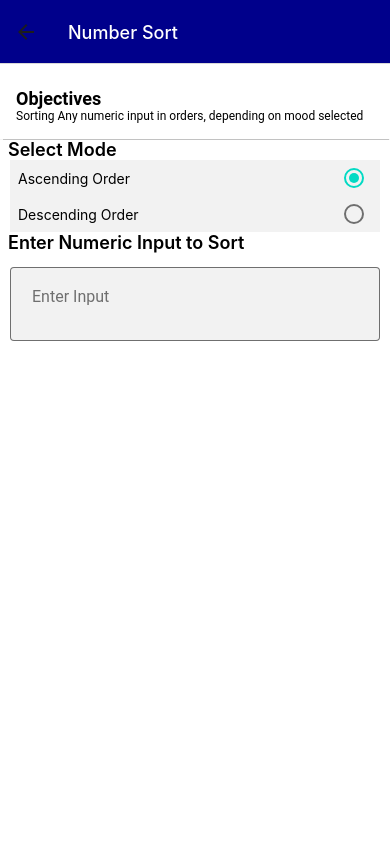
Repository: seyicoded/rn-crazy-algorithm-app
Screen: /Sort_simple_number
These files come from the project's save history. The screen is drawn as it stood at one moment and after the next save; the edit follows.
The app was drawn by React Native's web renderer in a window 390 px wide. The project was rebuilt for these pictures with package versions that can differ from the ones it lists, and the page was loaded fresh each time. Also part of the build but not shown: src/screens/sort.js, src/screens/filter.js, src/screens/advance.js, src/screens/sorts/Sort_alphabet.js.

Above is the screen before, as saved 2022-03-30 18:05:08.

### App.js
import 'react-native-gesture-handler';
import { StatusBar } from 'expo-status-bar';
import { StyleSheet, Text, View } from 'react-native';
import Main from './src/main'
export default function App() {
  return (
    <View style={styles.container}>
      <Main />
      <StatusBar style="auto" />
    </View>
  );
}

const styles = StyleSheet.create({
  container: {
    flex: 1,
    backgroundColor: '#fff',
  },
});

### src/main.js
import { View, Text } from 'react-native'
import React from 'react'
import {NavigationContainer} from '@react-navigation/native'
import {createStackNavigator} from '@react-navigation/stack'
import Home from './screens/index'
import Sort from './screens/sort'
import Filter from './screens/filter'
import Advance from './screens/advance'
import Sort_simple_number from './screens/sorts/Sort_simple_number'
import Sort_alphabet from './screens/sorts/Sort_alphabet'

const StackNav = createStackNavigator()

export default function Main() {
  return (
    <NavigationContainer>
        <StackNav.Navigator>
            <StackNav.Screen name="Home" options={{headerMode: 'none'}} component={Home} />
            <StackNav.Screen name="Filter" options={{headerMode: 'none'}} component={Filter} />
            <StackNav.Screen name="Sort" options={{headerMode: 'none'}} component={Sort} />
            <StackNav.Screen name="Advance" options={{headerMode: 'none'}} component={Advance} />

            {/* sort aspect */}
            <StackNav.Screen name="Sort_simple_number" options={{title: 'Number Sort', headerStyle: {backgroundColor: 'darkblue', color: 'white'}, headerTitleStyle: {color: 'white'}}} component={Sort_simple_number} />
            <StackNav.Screen name="Sort_alphabet" options={{title: 'Alphabet Sort', headerStyle: {backgroundColor: 'darkblue', color: 'white'}, headerTitleStyle: {color: 'white'}}} component={Sort_alphabet} />
        </StackNav.Navigator>
    </NavigationContainer>
  )
}

### src/screens/index.js
import { View, Text, StyleSheet, FlatList, TouchableOpacity } from 'react-native'
import React, {useState, useEffect, useRef} from 'react'
import Header from '../layout/header'
import { List, Avatar, Card, Title, Paragraph, Button } from 'react-native-paper';

const data = [
    {
        id: 'Sort',
        image: 'https://picsum.photos/700',
        title: 'Sort',
    },
    {
        id: 'Filter',
        image: 'https://picsum.photos/700',
        title: 'Filter',
    },
    {
        id: 'Advance',
        image: 'https://picsum.photos/700',
        title: 'Advance',
    },
]

export default function Index({route, navigation}) {
    const [color, setColor] = useState('darkblue');
    var timer = null;
    var ColorChanger = useRef('darkblue');


    useEffect(()=>{
        timer = setInterval(()=>{
            // console.log('.')
            ColorChanger.current = (ColorChanger.current == 'darkblue') ? 'darkred' : 'darkblue';
            setColor(ColorChanger.current);
        }, 1000);
        return ()=>{
            clearInterval(timer);
        }
    }, [])

    const styles = StyleSheet.create({
        container: {
          flex: 1,
          width: '100%',
          backgroundColor: '#fff',
        },
        header: {
            fontSize: 16,
            textAlign: 'center',
            marginTop: 20,
            marginBottom: 20,
            color: color,
            fontWeight: '700',
        },
        list: {
            width: '100%',
        },
        card: {
            // backgroundColor: 'red',
            margin: 20,
            shadowColor: '#000',
            shadowOffset: { width: 0, height: 2 },
            shadowOpacity: 0.8,
            elevation: 4
        }
    });

    return (
        <View style={styles.container}>
            <Header title="Home" visible={false} navigation={navigation} />
            <Text style={styles.header}>Let's Prep Shall We</Text>

            <FlatList
                data={data}
                style={styles.list}
                renderItem={({ item }) => {
                    return (
                        <TouchableOpacity onPress={() => navigation.navigate(item.id, {title: item.title})}>
                            <Card style={styles.card}>
                                <Card.Cover source={{ uri: item.image }} />
                                {/* <Card.Actions style={{justifyContent: 'center'}}>
                                    <Button onPress={()=>navigation.navigate(item.id)}>{item.title}</Button>

                                </Card.Actions> */}

                                <Card.Content style={{justifyContent: 'center'}}>
                                    <Title style={{textAlign: 'center', marginTop:12, color: 'darkblue'}}>{item.title}</Title>
                                </Card.Content>
                            </Card>
                        </TouchableOpacity>
                    )
                }}
                numColumns={1}
            />

            {/* <Card>
                <Card.Cover source={{ uri: 'https://picsum.photos/700' }} />

                <Card.Content>
                    <Title>Card title</Title>
                </Card.Content>
            </Card> */}

        </View>
    )
}

### src/screens/sorts/Sort_simple_number.js
import { StyleSheet, Text, View, TouchableOpacity, Pressable, Keyboard, ScrollView } from 'react-native'
import React from 'react'
import { Banner, RadioButton, TextInput } from 'react-native-paper';
import {Ionicons} from '@expo/vector-icons'

export default function Sort_simple_number() {
    const [value, setValue] = React.useState('ascending');
    const [unsortedVal, setunsortedVal] = React.useState('');
  return (
      <Pressable onPress={()=>{Keyboard.dismiss()}} style={{flex: 1,}}>
        <ScrollView style={styles.container}>
            <Banner
                visible={true}
                actions={[
                ]}
                >
                    <View>
                        <Text style={{fontWeight: '600', fontSize: 18}}>Objectives</Text>
                        <Text />
                        <Text style={{fontSize: 12}}>Sorting Any numeric input in orders, depending on mood selected</Text>
                    </View>
            </Banner>
            <Text />
            <Text style={styles.title_element}>Select Mode</Text>

            <RadioButton.Group onValueChange={newValue => setValue(newValue)} value={value}>
                <TouchableOpacity onPress={()=>setValue('ascending')}>
                    <View style={styles.radio}>
                        <Text>Ascending Order</Text>
                        <RadioButton value="ascending" />
                    </View>
                </TouchableOpacity>
                <TouchableOpacity onPress={()=>setValue('descending')}>
                    <View style={styles.radio}>
                        <Text>Descending Order</Text>
                        <RadioButton value="descending" />
                    </View>
                </TouchableOpacity>
            </RadioButton.Group>

            <Text />
            <Text style={styles.title_element}>Enter Numeric Input to Sort</Text>
            <TextInput
                label='Enter Input'
                mode='outlined'
                style={styles.input}
                value={unsortedVal}
                multiline={true}
                keyboardType='numeric'
                returnKeyType='done'
                right={<Ionicons name='ios-send' size={24} color='green' />}
                onChangeText={text => setunsortedVal(text)}
            />
        </ScrollView>
    </Pressable>
  )
}

const styles = StyleSheet.create({
    container: {
        flex: 1,
        backgroundColor: '#fff',
    },
    title_element: {
        fontWeight: '600',
        fontSize: 18,
        paddingLeft: 8
    },
    radio: {
        flexDirection: 'row',
        justifyContent: 'space-between',
        alignItems: 'center',
        marginHorizontal: 10,
        backgroundColor: 'rgba(0, 0, 0, 0.05)',
        paddingHorizontal: 8,
    },
    input: {
        marginHorizontal: 10,
        marginVertical: 8,
        backgroundColor: 'rgba(0, 0, 0, 0.05)',
        paddingHorizontal: 8,
    },
})

### src/layout/header.js
import { View, Text } from 'react-native'
import React, {useState, useEffect} from 'react'
import { Appbar } from 'react-native-paper';

export default function Header({title, visible, navigation}) {
    // const [visible, setVisible] = useState(false);

    if(visible){
        return (
            <Appbar.Header style={{backgroundColor: 'darkblue'}}>
                {
                    (visible) ?
                    <Appbar.BackAction onPress={()=>navigation.goBack()} />
                    :<></>
                }
                <Appbar.Content title={title} />
            </Appbar.Header>
          )
    }else{
        return (
            <Appbar.Header style={{backgroundColor: 'darkblue'}}>
                <Appbar.Content title={title} />
            </Appbar.Header>
          )
    }

}

After the next save:
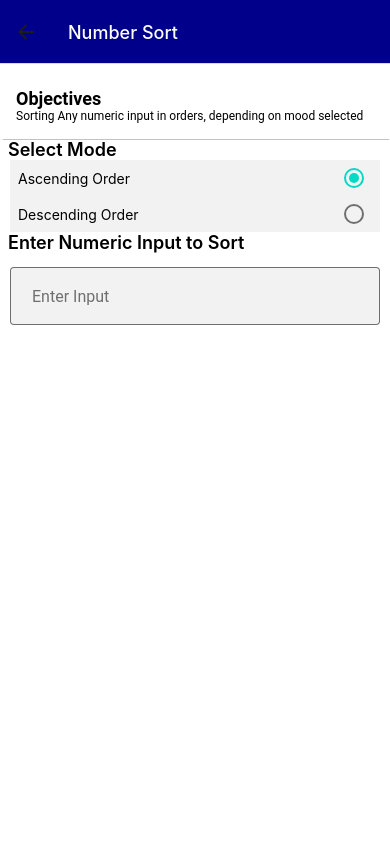
Saved 11 s later.
--- a/src/screens/sorts/Sort_simple_number.js
+++ b/src/screens/sorts/Sort_simple_number.js
@@ -45,7 +45,7 @@
                 mode='outlined'
                 style={styles.input}
                 value={unsortedVal}
-                multiline={true}
+                multiline={false}
                 keyboardType='numeric'
                 returnKeyType='done'
                 right={<Ionicons name='ios-send' size={24} color='green' />}

After the save that followed:
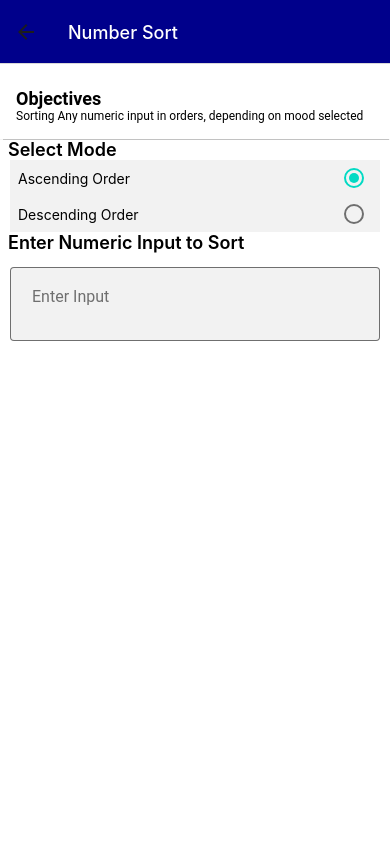
Saved 4 s later.
--- a/src/screens/sorts/Sort_simple_number.js
+++ b/src/screens/sorts/Sort_simple_number.js
@@ -45,7 +45,7 @@
                 mode='outlined'
                 style={styles.input}
                 value={unsortedVal}
-                multiline={false}
+                multiline={true}
                 keyboardType='numeric'
                 returnKeyType='done'
                 right={<Ionicons name='ios-send' size={24} color='green' />}
